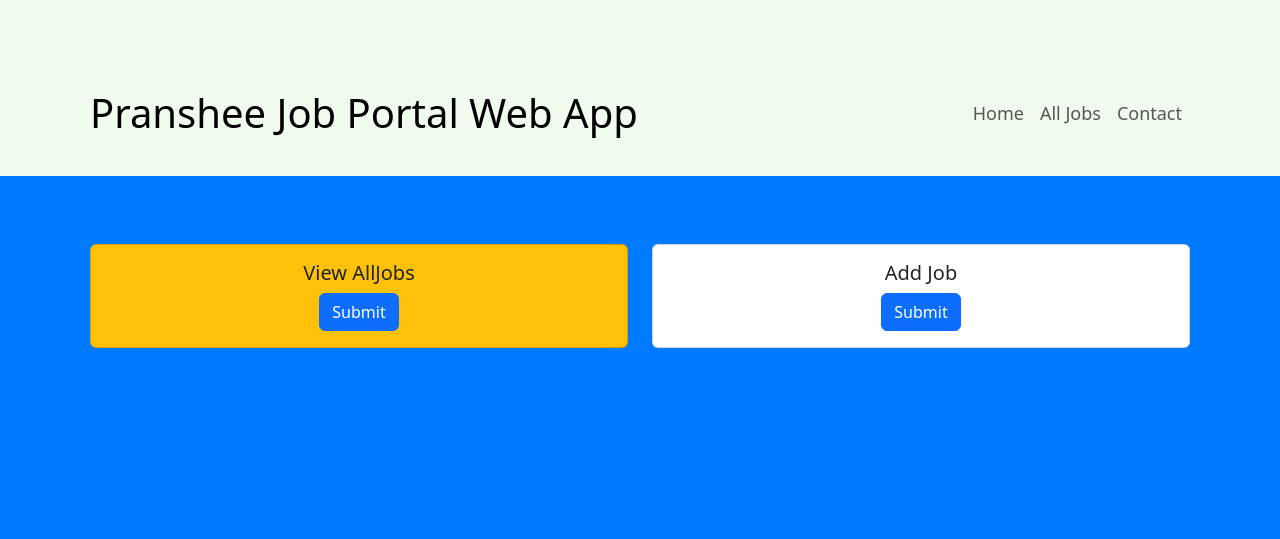
Repository: vipinvats42/spring-boot-job-web-app
Page: http://localhost/JobAppEample1/views/home.jsp
The author's editor kept a copy of each file at every save. The page is drawn from the files as they stood at one save, then again after the next save.
The browser window is 1280 px wide. The pictures show the whole page.
The page is served by Tomcat 9.

Above is the page before, as saved 2024-05-26 12:48:59.

After the next save:
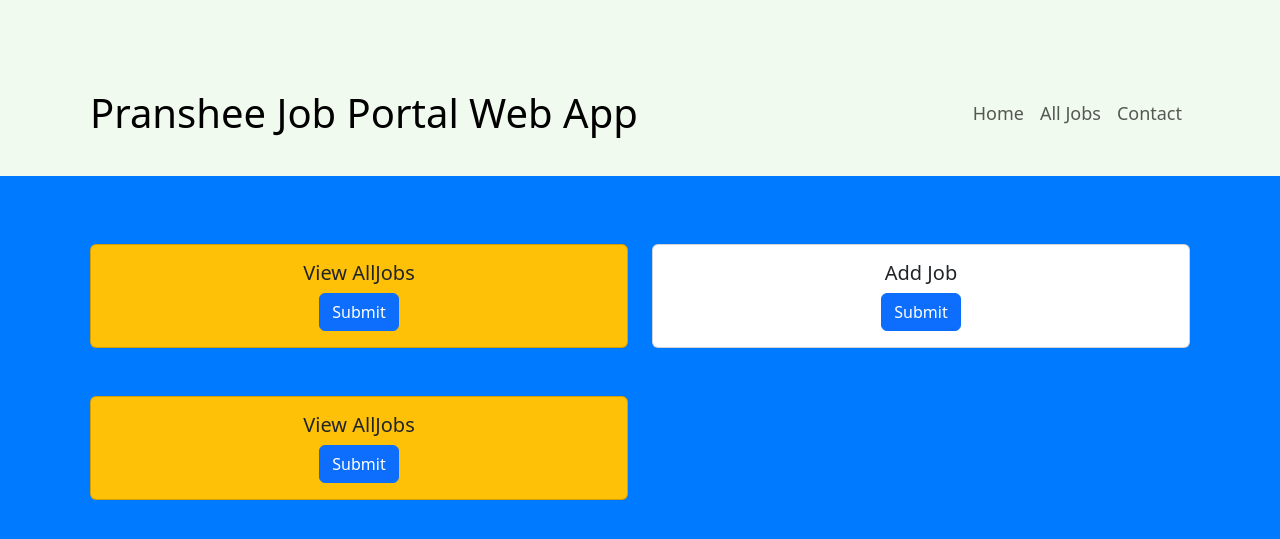
Saved 31 min 7 s later.
--- a/JobAppEample1/src/main/webapp/views/home.jsp
+++ b/JobAppEample1/src/main/webapp/views/home.jsp
@@ -91,6 +91,18 @@
 			</div>
 
 
+				<div class="col-md-6 mb-5">
+				<div class="card bg-warning">
+					<div class="card-body text-center">
+						<h5 class="card-title">View AllJobs</h5>
+						<form action="/Contact" method="get">
+							<!-- Add your form fields here -->
+							<button type="submit" class="btn btn-primary">Submit</button>
+						</form>
+					</div>
+				</div>
+			</div>
+
 		</div>
 	</div>
 
